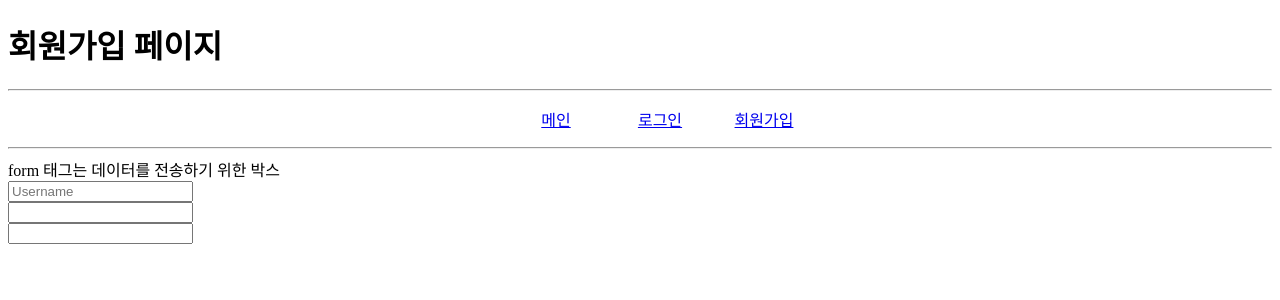
Repository: codingspecialist/jsp-weekend
Page: http://localhost/cos/join.jsp
The author's editor kept a copy of each file at every save. The page is drawn from the files as they stood at one save, then again after the next save.
The browser window is 1280 px wide. The pictures show the whole page.
The page is served by Tomcat 9. Other server files are loaded and not shown.

Above is the page before, as saved 2020-08-22 02:49:44.

### cos/WebContent/join.jsp
<%@ page language="java" contentType="text/html; charset=UTF-8"
    pageEncoding="UTF-8"%>
<!DOCTYPE html>
<html>
<head>
<meta charset="UTF-8">
<title>회원가입 페이지</title>
<style>
	ul {
		text-align: center;
	}

	li {
		display: inline-block;
		width: 100px;
	}
</style>
</head>
<body>
<h1>회원가입 페이지</h1>
<hr/>
<ul>
	<li><a href="main.jsp">메인</a></li>
	<li><a href="login.jsp">로그인</a></li>
	<li><a href="join.jsp">회원가입</a></li>
</ul>
<hr/>
form 태그는 데이터를 전송하기 위한 박스
<form>
	<input type="text" name="username" placeholder="Username"/> <br/>
	<input type="password" name="password" /> <br/>
	<input type="email" name="email" /> <br/>
</form>

</body>
</html>

After the next save:
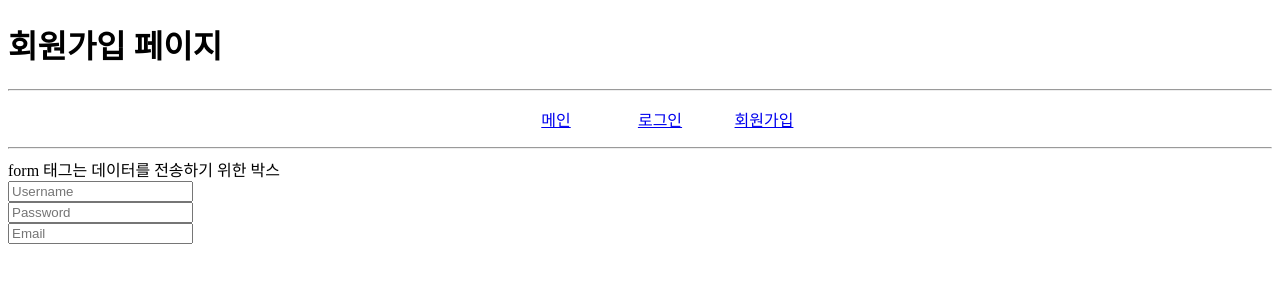
Saved 47 s later.
--- a/cos/WebContent/join.jsp
+++ b/cos/WebContent/join.jsp
@@ -28,8 +28,8 @@
 form 태그는 데이터를 전송하기 위한 박스
 <form>
 	<input type="text" name="username" placeholder="Username"/> <br/>
-	<input type="password" name="password" /> <br/>
-	<input type="email" name="email" /> <br/>
+	<input type="password" name="password"  placeholder="Password"/> <br/>
+	<input type="email" name="email" placeholder="Email"/> <br/>
 </form>
 
 </body>
